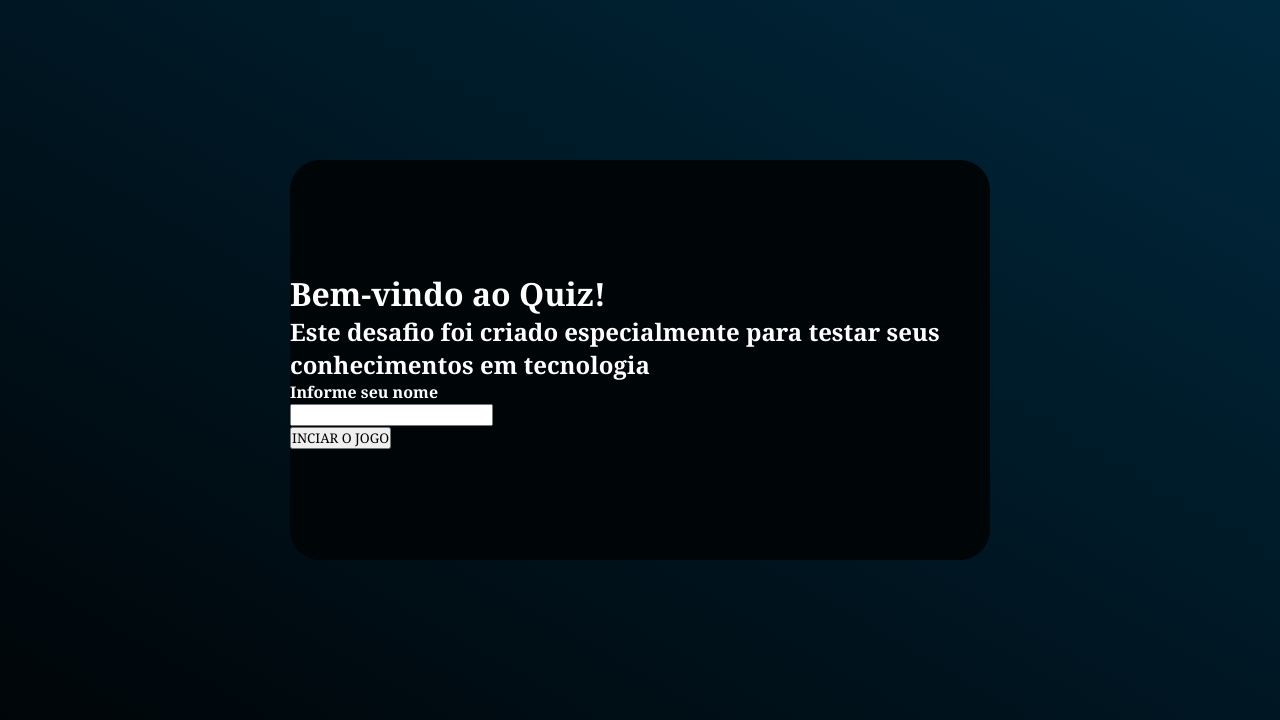
Repository: LaisSilvaO/Projeto-Quizz
Page: telas/apresentação.html
The author's editor kept a copy of each file at every save. The page is drawn from the files as they stood at one save, then again after the next save.
The browser window is 1280 px wide. The pictures show the whole page.

Above is the page before, as saved 2024-12-25 21:38:08.

### telas/apresentação.html
<!DOCTYPE html>
<html lang="pt-br">

<head>
    <meta charset="UTF-8">
    <meta name="viewport" content="width=device-width, initial-scale=1.0">
    <title>Quiz</title>
    <link rel="stylesheet" href="../img/tela.css">
</head>

<body>
    <div class="box1">
        <div class="box2">
            <div>
                <h1> Bem-vindo ao Quiz!</h1>

                <h2>Este desafio foi criado especialmente para testar seus conhecimentos em tecnologia</h2>               </h2>
                 <div><h4>Informe seu nome </h4></div>
                <input type="text" id="nome">
                <A href="index.html">
                    <h4><button>INCIAR O JOGO</button></h4>
                </A>
            </div>
        </div>
    </div>

</body>

</html>

### img/tela.css
* {
  margin: 0;
  padding: 0;
  box-sizing: border-box;
  font-family: Cambria, Cochin, Georgia, Times, 'Times New Roman', serif;
}

body {
  height: 100vh;
  display: flex;
  justify-content: center;
  align-items: center;
  flex-direction: column;
  background: linear-gradient(210deg, #00283d, #000508);
}

main {
  background-color: white;
  padding: 10px;
  border-radius: 10px;
  width: 100%;
  max-width: 600px;
  min-height: 400px;
  display: flex;
  justify-content: center;
  align-items: center;
}

.box1{
  position: relative;
  width: 700px;
  height: 410px;

  border-radius: 30px;
  display: flex;
  justify-content: center;
  align-items: center;
  flex-direction: column;
  overflow: hidden;

}
.box2 {
  position: relative;
  width: 700px;
  height: 400px;
  background-color: #000508;
  border-radius: 30px;
  display: flex;
  justify-content: center;
  align-items: center;
  flex-direction: column;
  overflow: hidden;
  color: white;
}

/* Borda animada externa */
.box1::before {
  content: '';
  position: absolute;
  top: 0;
  left: 0;
  width: 100%;
  height: 100%;
  border-radius: 30px;
  border: 0px solid transparent; /* Espessura da borda aumentada */
  background-image: linear-gradient(to bottom, #157815, #93b608);
  background-size: 400%; /* Aumenta o tamanho da animação da borda */
  animation: borderAnimation 6s linear  infinite ;
  z-index: -1; /* Garante que a borda fique atrás do conteúdo */
}

@keyframes borderAnimation {
  0% {
    top: 0px;
    left: 0px;
}
25% {
    top: 0px;
    left: 700px; /* Canto superior direito */
}
50% {
    top: 0px;
    left: 0px; /* Canto inferior direito */
}
75% {
    top: 700px;
    left: 0px; /* Canto inferior esquerdo */
}
100% {
    top: 700px;
    left: 0px;  /* Retorna ao canto superior esquerdo */
}
}

After the next save:
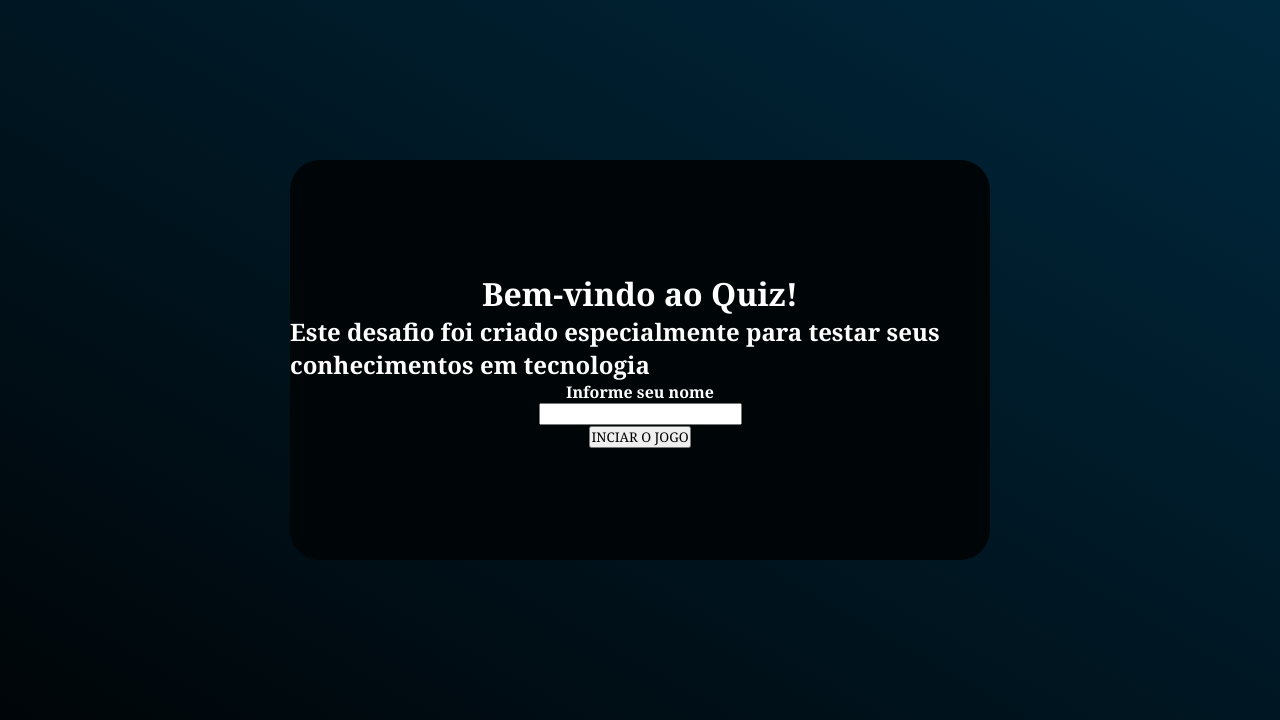
Saved 28 s later.
--- a/telas/apresentação.html
+++ b/telas/apresentação.html
@@ -11,16 +11,17 @@
 <body>
     <div class="box1">
         <div class="box2">
-            <div>
-                <h1> Bem-vindo ao Quiz!</h1>
 
-                <h2>Este desafio foi criado especialmente para testar seus conhecimentos em tecnologia</h2>               </h2>
-                 <div><h4>Informe seu nome </h4></div>
-                <input type="text" id="nome">
-                <A href="index.html">
-                    <h4><button>INCIAR O JOGO</button></h4>
-                </A>
-            </div>
+            <h1> Bem-vindo ao Quiz!</h1>
+
+            <h2>Este desafio foi criado especialmente para testar seus conhecimentos em tecnologia</h2>
+            </h2>
+            <h4>Informe seu nome </h4>
+            <input type="text" id="nome">
+            <A href="index.html">
+                <h4><button>INCIAR O JOGO</button></h4>
+            </A>
+
         </div>
     </div>
 
